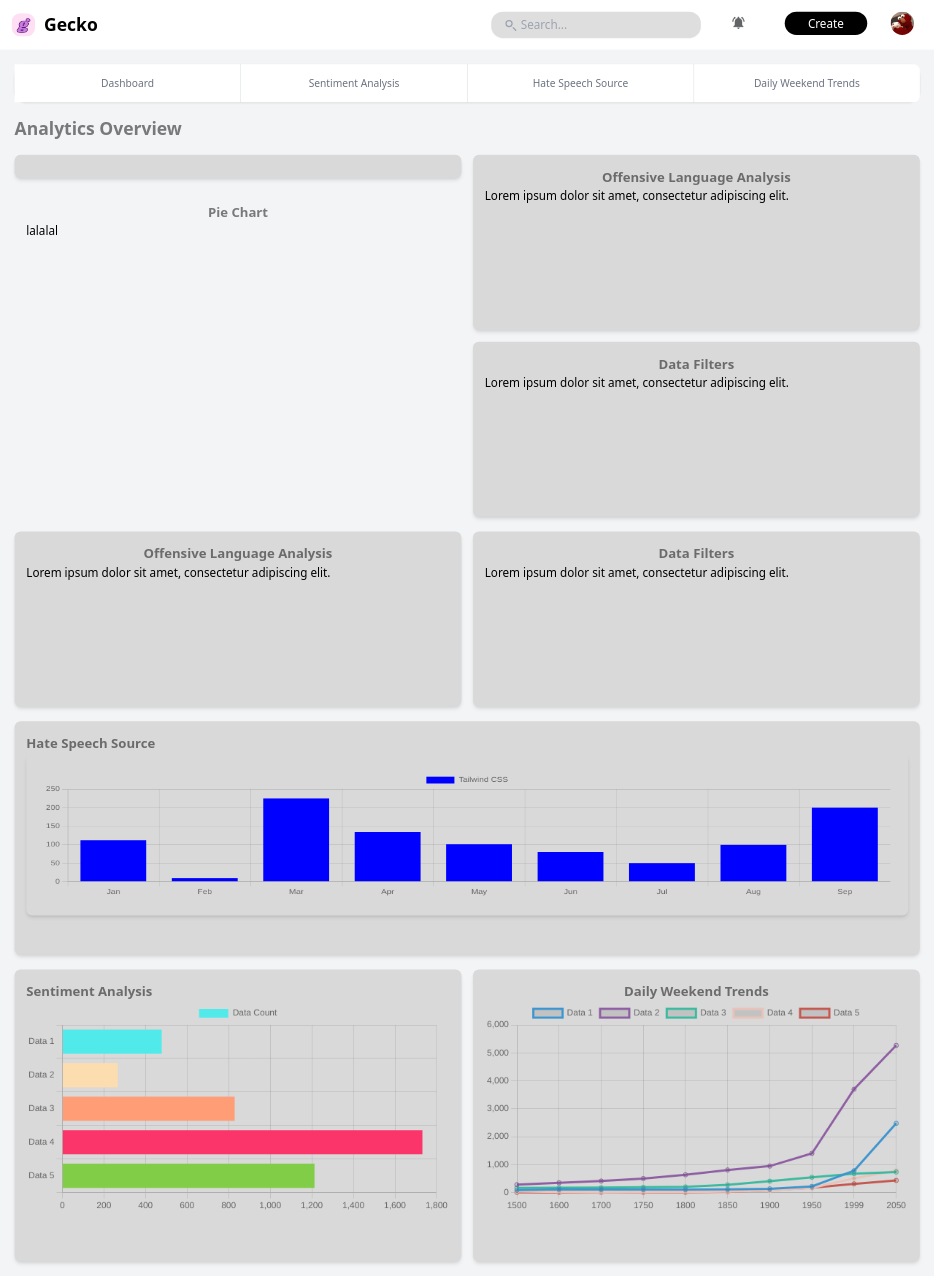
Repository: theamgri/thesis-website-nextjs
Page: website.html
The author's editor kept a copy of each file at every save. The page is drawn from the files as they stood at one save, then again after the next save.
The browser window is 1280 px wide. The pictures show the whole page, at 73% of full size.

Above is the page before, as saved 2023-10-04 08:42:43.

After the next save:
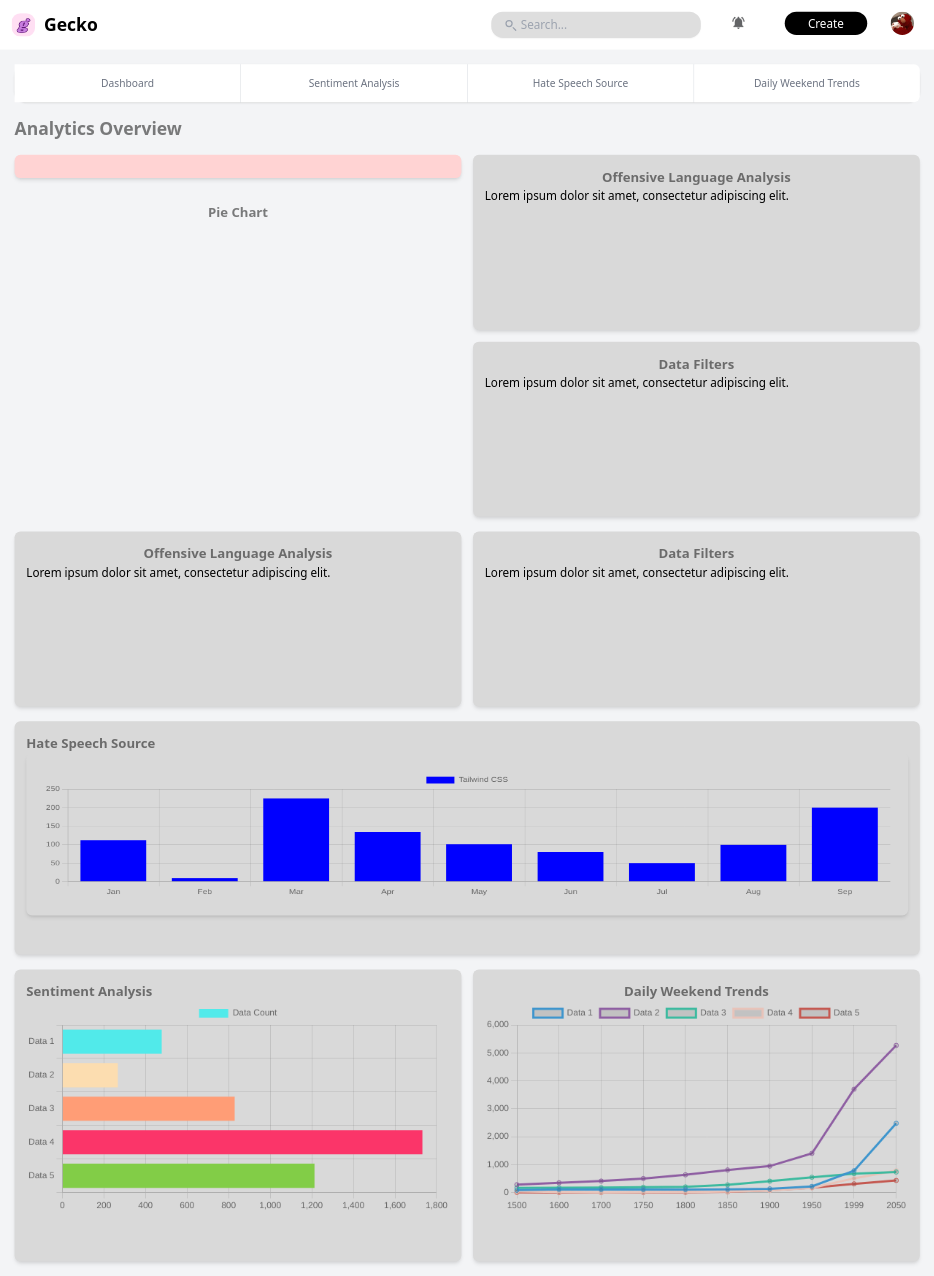
Saved 9 s later.
--- a/website.html
+++ b/website.html
@@ -114,12 +114,11 @@
 <!-- ... (previous code) ... -->
 <div class="m-5 grid grid-cols-1 md:grid-cols-2 lg:grid-cols-2 xl:grid-cols-2 gap-4">
   <!-- Container for Pie Chart (2 rows) -->
-  <div class="bg-white p-4 rounded-lg shadow-md" style="background-color: #D9D9D9; grid-row: span 2; height: 0; overflow: visible;">
+  <div class="bg-white p-4 rounded-lg shadow-md" style="background-color: #ffd3d3; grid-row: span 2; height: 0; overflow: visible;">
       <!-- Content goes here, such as the chart -->
       <canvas class="p-6" id="pieChart" style="max-height: 100%;"></canvas>
       <!-- Optionally, you can add a label or title for the container -->
       <h2 class="text-lg text-center opacity-50 font-semibold">Pie Chart</h2>
-      <h2>lalalal</h2>
   </div>
 
   <!-- Container 1 -->
